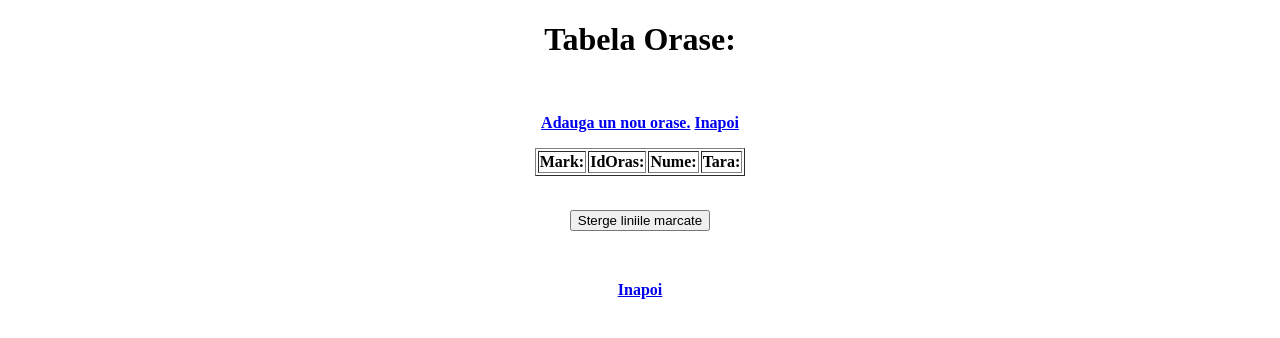
Repository: SusStefan/ActorDB
Page: http://localhost/Actori/sources/tabela_orase.jsp
The author's editor kept a copy of each file at every save. The page is drawn from the files as they stood at one save, then again after the next save.
The browser window is 1280 px wide. The pictures show the whole page.
The page is served by Tomcat 9. Queries for data that is not in the repository find no rows.

Above is the page before, as saved 2025-12-10 04:28:55.

After the next save:
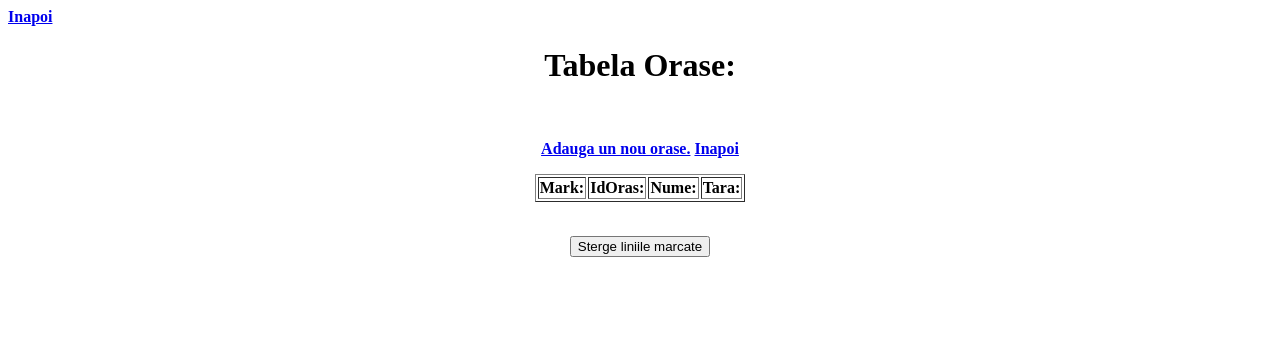
Saved 15 min 34 s later.
--- a/Actori/src/main/webapp/sources/tabela_orase.jsp
+++ b/Actori/src/main/webapp/sources/tabela_orase.jsp
@@ -9,6 +9,7 @@
  <jsp:useBean id="jb" scope="session" class="db.JavaBean" />
  <jsp:setProperty name="jb" property="*" />
  <body>
+  <a href="index.html"><b>Inapoi</b></a>
  <h1 align="center"> Tabela Orase:</h1>
  <br/>
  <p align="center"><a href="nou_Pacient.jsp"><b>Adauga un nou orase.</b></a> <a
@@ -47,7 +48,6 @@ href="index.html"><b>Inapoi</b></a></p>
  %>
  <br/>
  <p align="center">
- <a href="index.html"><b>Inapoi</b></a>
  <br/>
  </p>
  </body>
